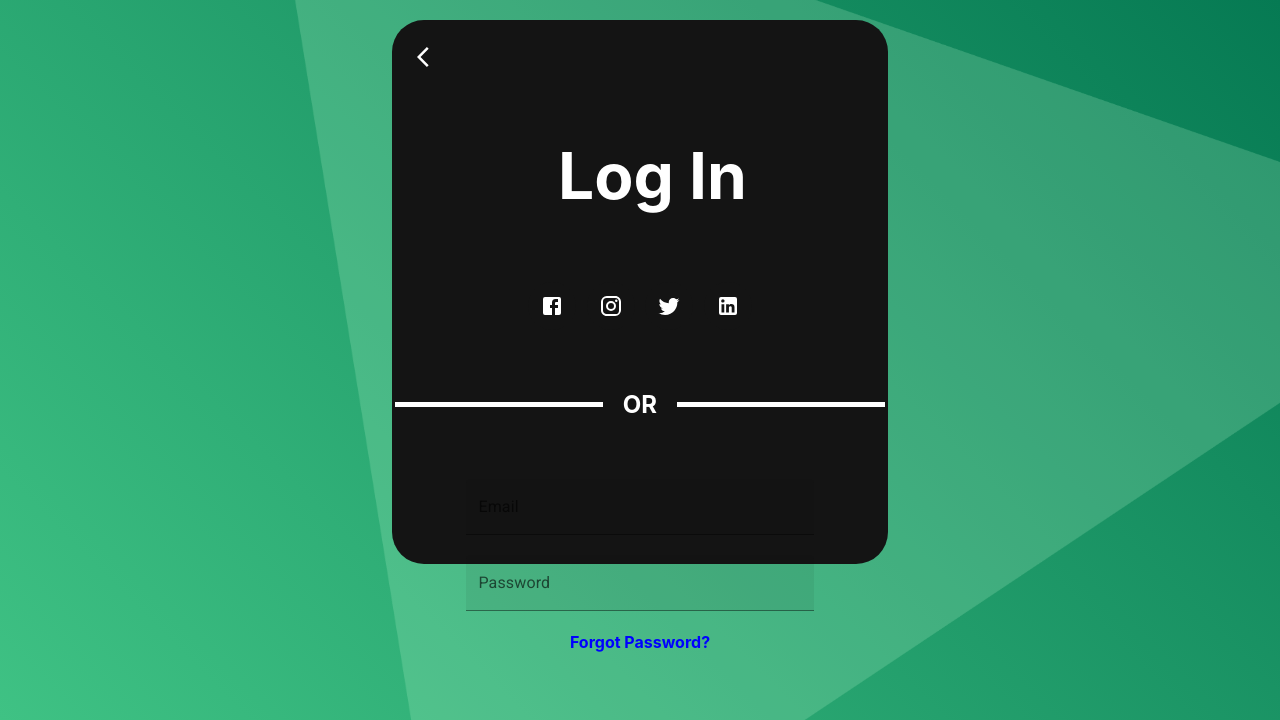
Repository: wilyyy/John
Page: /login (app in john-app/)
These files come from the project's save history. The page is drawn as it stood at one moment and after the next save; the edit follows.
The browser window is 1280 px wide. The pictures show the whole page.
The project was rebuilt for these pictures with package versions that can differ from the ones it lists, and the page was loaded fresh each time. The framework's server and built-in components were replaced by stand-ins that run in the browser. Also part of the build but not shown: john-app/next.config.js.

Above is the page before, as saved 2021-10-07 22:11:18.

After the next save:
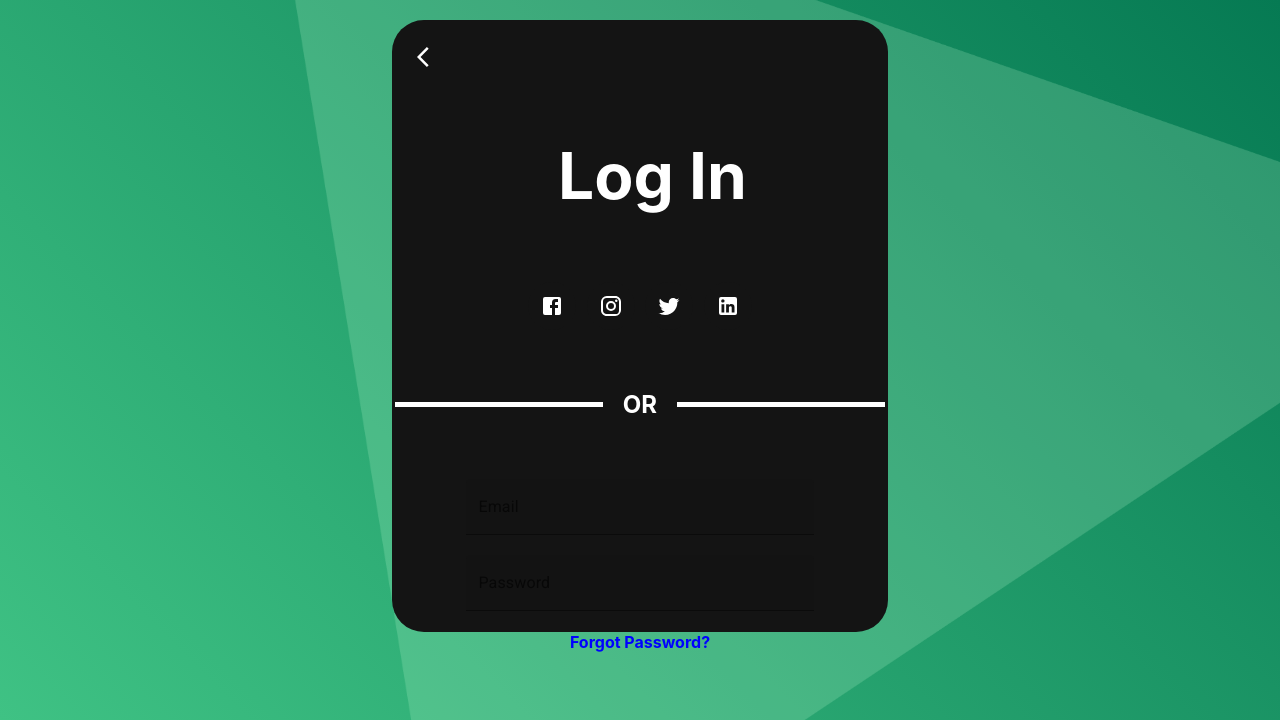
Saved 7 s later.
--- a/john-app/pages/login.js
+++ b/john-app/pages/login.js
@@ -27,7 +27,7 @@ const LoginContainer = styled.div `
     flex-direction: column;
     align-items: center;
     background-color: #141414;
-    height: 80%;
+    height: 90%;
     width: 40%;
     border-radius: 32px;
 `;
